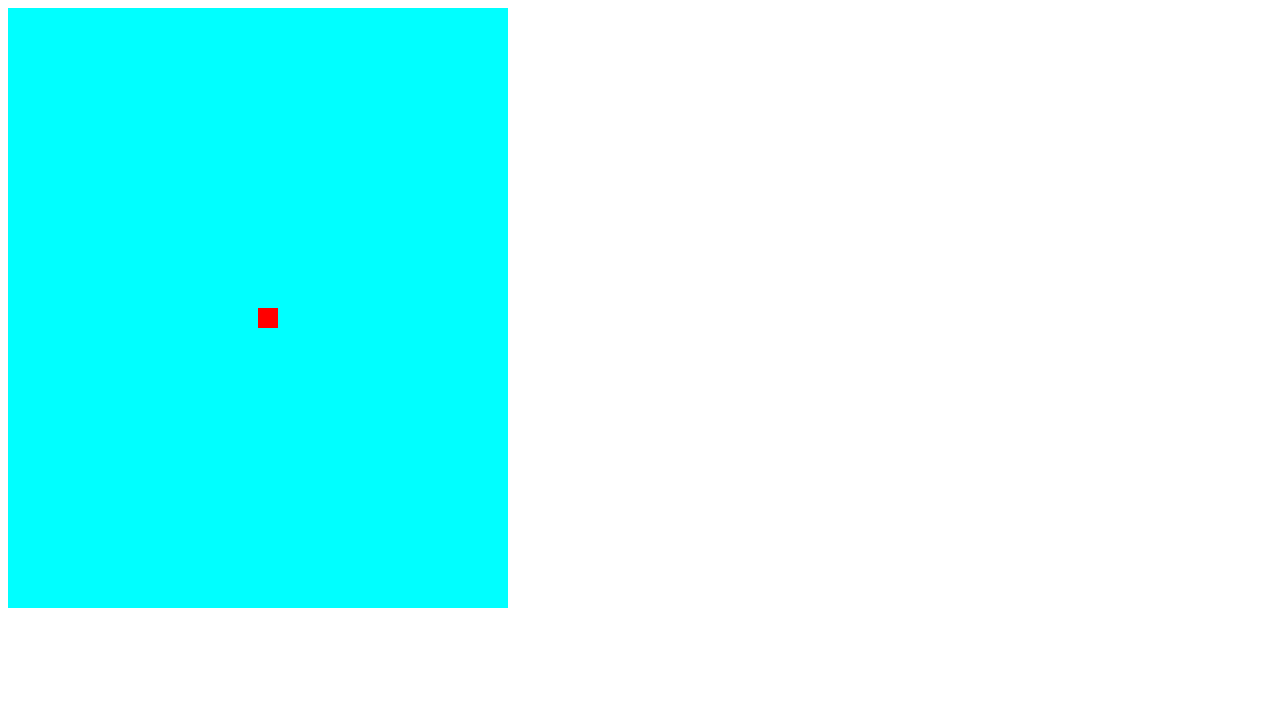
Repository: manojsatya/Web_development
Page: PotHitting_game/index.html
The author's editor kept a copy of each file at every save. The page is drawn from the files as they stood at one save, then again after the next save.
The browser window is 1280 px wide. The pictures show the whole page.

Above is the page before, as saved 2019-06-03 12:19:02.

After the next save:
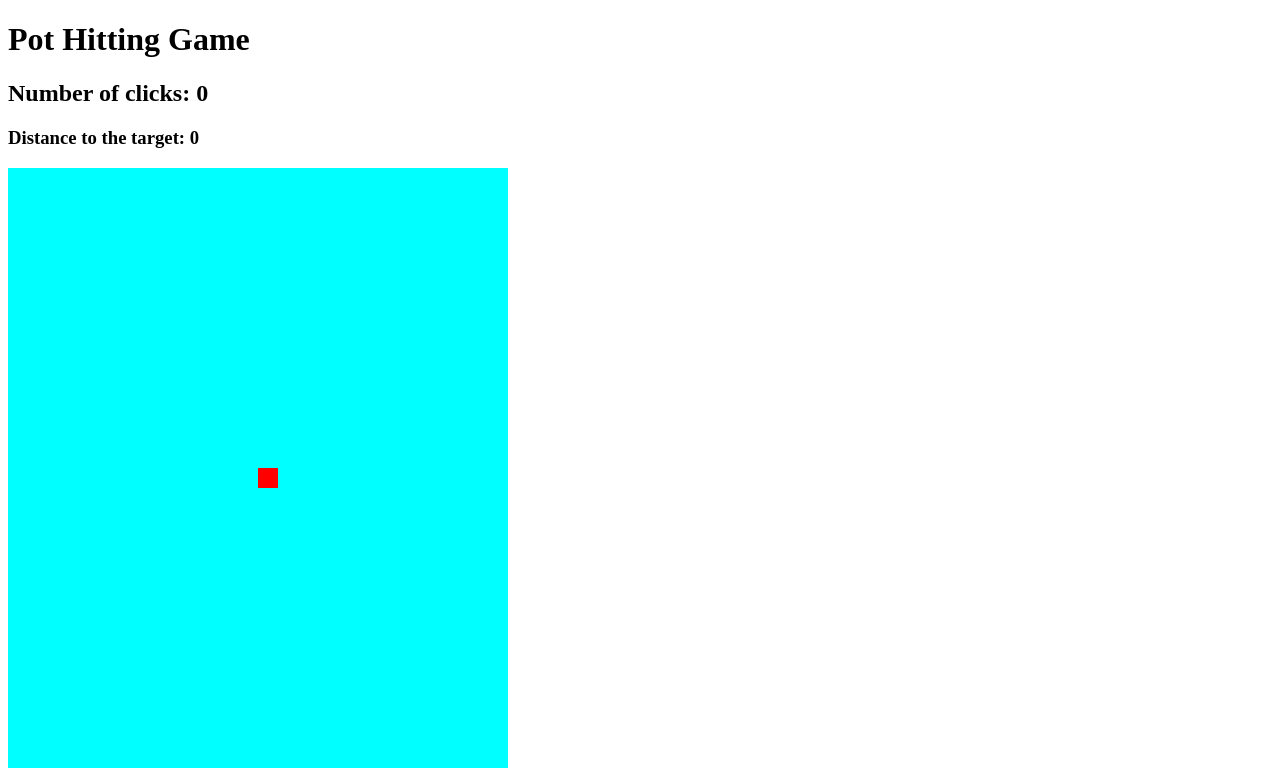
Saved 2 min 10 s later.
--- a/PotHitting_game/index.html
+++ b/PotHitting_game/index.html
@@ -9,14 +9,14 @@
     <link rel="stylesheet" href="potplay.css">
 </head>
 <body>
-
+        <h1 class="head">Pot Hitting Game</h1>
+        <h2> Number of clicks: <span id="clicks">0</span></h2>
+        <h3>Distance to the target: <span>0</span></h3>
 
     <div onclick="showCoords(event)" class="playarea">  </div>
     <div class="target"></div>
 
-    <h1 class="head">Pot Hitting Game</h1>
-    <h2> Number of clicks: <span id="clicks">0</span></h2>
-    <h3>Distance to the target: <span>0</span></h3>
+
 
     <!-- <h2 onclick="showCoords(event)">Click this heading to get the x (horizontal) and y (vertical) coordinates of the mouse pointer when it was clicked.</h2>
 
